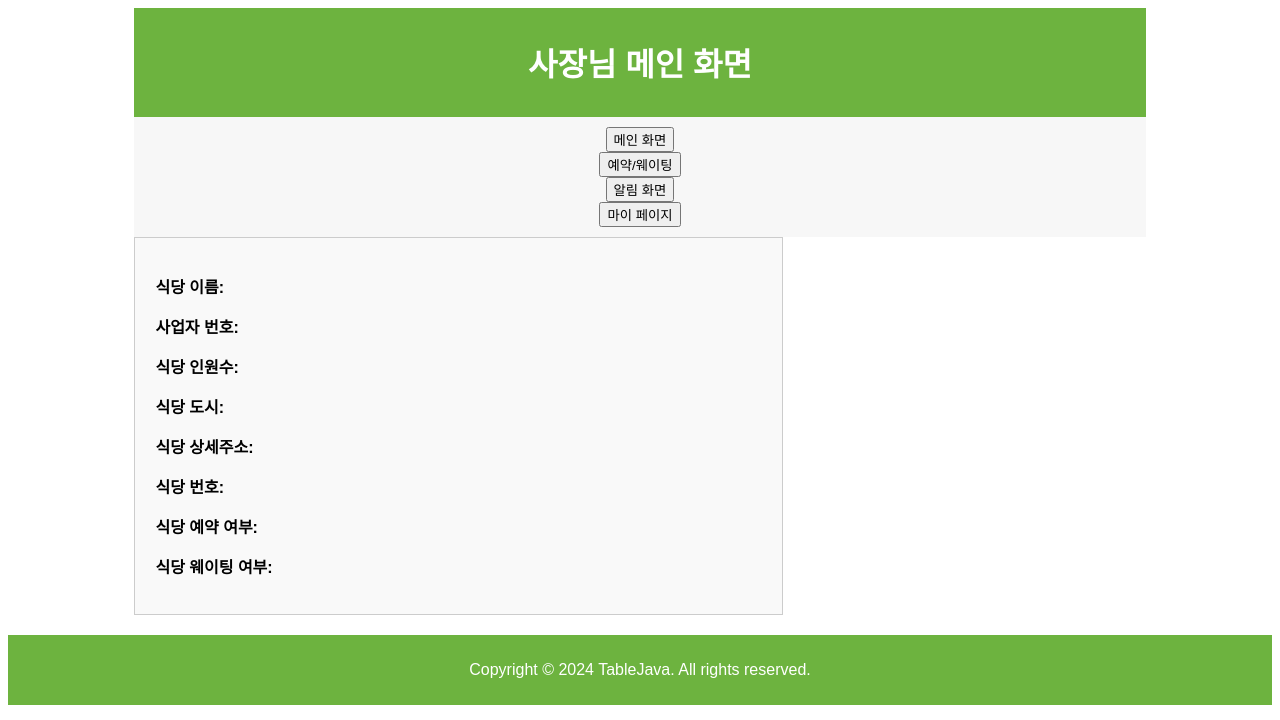
Repository: MeGuuuun/-_TableJava
Page: http://localhost/kimbanbagi/ownerMain.jsp
These files come from the project's save history. The page is drawn as it stood at one moment and after the next save; the edit follows.
The browser window is 1280 px wide. The pictures show the whole page.
The page is served by Tomcat 10. Nobody is signed in. The application's start-up code is not run. Other server files are loaded and not shown. The template is opened directly, without the code that normally fills it, so the values that code supplies are empty.

Above is the page before, as saved 2024-06-14 02:31:46.

### tableJava/kimbanbagi/WebContent/ownerMain.jsp
<%@ page contentType="text/html; charset=UTF-8" pageEncoding="utf-8" language="java" %>
<%@ page import="dc.human.kimbanbagi.tableJava.dto.RestaurantDTO" %>
<%@ taglib prefix="c" uri="http://java.sun.com/jsp/jstl/core" %>
<!DOCTYPE html>
<html>
<head>
    <meta charset="UTF-8">
    <title>Restaurant Information</title>
    <style>
        body {
            font-family: Arial, sans-serif;
        }
        .container {
            width: 80%;
            margin: auto;
        }
        .header, .nav, .main, .footer {
            padding: 10px;
        }
        .header {
            background: #6DB33F;
            color: white;
            text-align: center;
        }
        .nav {
            background: #F7F7F7;
            text-align: center;
        }
        .nav a {
            margin: 0 15px;
            text-decoration: none;
            color: #333;
        }
        .main {
            display: flex;
            justify-content: space-around;
            margin-top: 20px;
        }
        .main img {
            max-width: 300px;
        }
        .info {
            border: 1px solid #ccc;
            padding: 20px;
            background: #F9F9F9;
            width: 60%;
        }
        .footer {
            background: #6DB33F;
            color: white;
            text-align: center;
            margin-top: 20px;
        }
        .edit-btn {
            display: inline-block;
            padding: 10px 20px;
            background: #6DB33F;
            color: white;
            text-decoration: none;
            border-radius: 5px;
        }
    </style>
</head>
<body>

    <div class="container">
        <div class="header">
            <h1>사장님 메인 화면</h1>

        </div>
        <div class="nav">
            <button onclick="location.reload()">메인 화면</button>
            <form method="POST" action="OwnerBookList">
            	<input type="hidden" name="userId" value="${userId }">
            	<input type="hidden" name="restaurantId" value="${restaurantId }">
            	<button type="submit" name="action" value="bookList">예약/웨이팅</button>
            </form>
            <button onclick="location.href='notification.jsp'">알림 화면</button>
            <form method="POST" action="MyPage">
            	<input type="hidden" name="userId" value="${userId }">
            	<input type="hidden" name="restaurantId" value="${restaurantId }">
            	<button type="submit" name="action" value="getOwnerInfo">마이 페이지</button>
            </form>
        </div>
            <div class="info">
                <p><strong>식당 이름:</strong> ${restaurant.r_name}</p>
                <p><strong>사업자 번호:</strong> ${restaurant.r_id}</p>
                <p><strong>식당 인원수:</strong> ${restaurant.r_head}</p>
                <p><strong>식당 도시:</strong> ${restaurant.r_city}</p>
                <p><strong>식당 상세주소:</strong> ${restaurant.r_address}</p>
                <p><strong>식당 번호:</strong> ${restaurant.r_number}</p>
                <p><strong>식당 예약 여부:</strong> ${restaurant.r_status}</p>
                <p><strong>식당 웨이팅 여부:</strong> ${restaurant.w_status}</p>
            </div>
        </div>
        <div class="footer">
            <p>Copyright © 2024 TableJava. All rights reserved.</p>
        </div>
    </div>
</body>
</html>

After the next save:
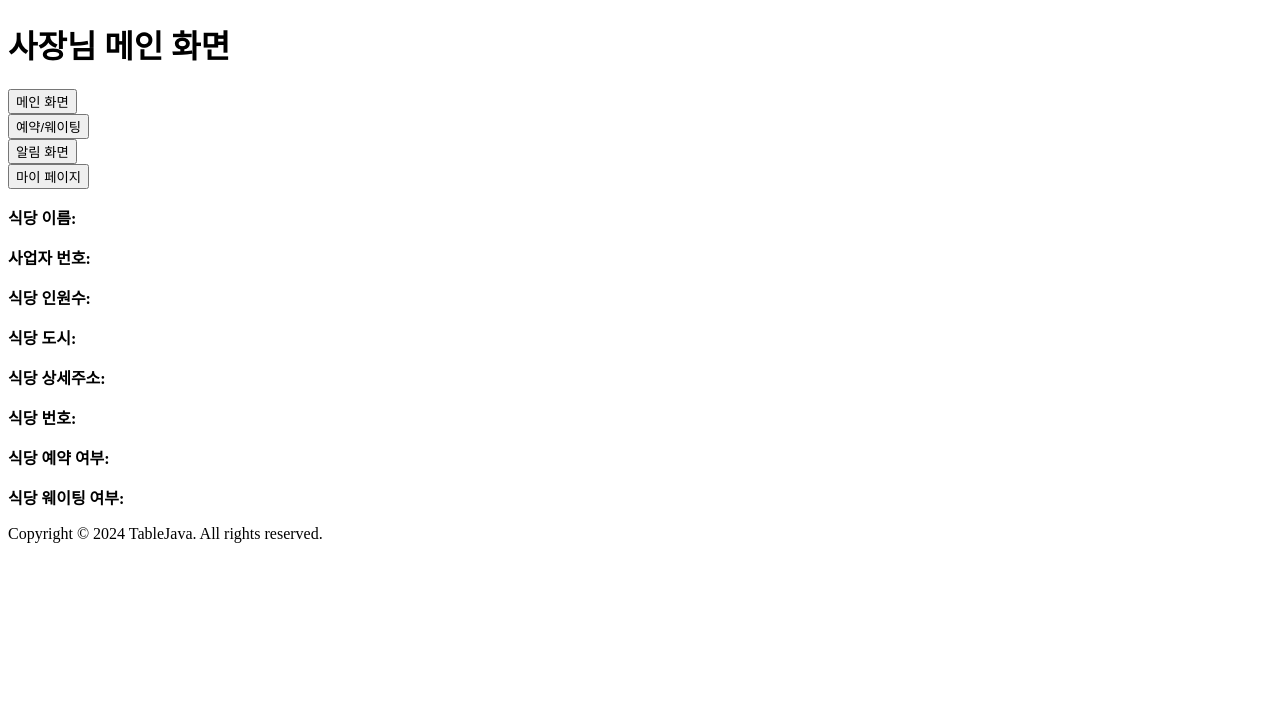
Saved 22 s later.
--- a/tableJava/kimbanbagi/WebContent/ownerMain.jsp
+++ b/tableJava/kimbanbagi/WebContent/ownerMain.jsp
@@ -6,60 +6,6 @@
 <head>
     <meta charset="UTF-8">
     <title>Restaurant Information</title>
-    <style>
-        body {
-            font-family: Arial, sans-serif;
-        }
-        .container {
-            width: 80%;
-            margin: auto;
-        }
-        .header, .nav, .main, .footer {
-            padding: 10px;
-        }
-        .header {
-            background: #6DB33F;
-            color: white;
-            text-align: center;
-        }
-        .nav {
-            background: #F7F7F7;
-            text-align: center;
-        }
-        .nav a {
-            margin: 0 15px;
-            text-decoration: none;
-            color: #333;
-        }
-        .main {
-            display: flex;
-            justify-content: space-around;
-            margin-top: 20px;
-        }
-        .main img {
-            max-width: 300px;
-        }
-        .info {
-            border: 1px solid #ccc;
-            padding: 20px;
-            background: #F9F9F9;
-            width: 60%;
-        }
-        .footer {
-            background: #6DB33F;
-            color: white;
-            text-align: center;
-            margin-top: 20px;
-        }
-        .edit-btn {
-            display: inline-block;
-            padding: 10px 20px;
-            background: #6DB33F;
-            color: white;
-            text-decoration: none;
-            border-radius: 5px;
-        }
-    </style>
 </head>
 <body>
 
